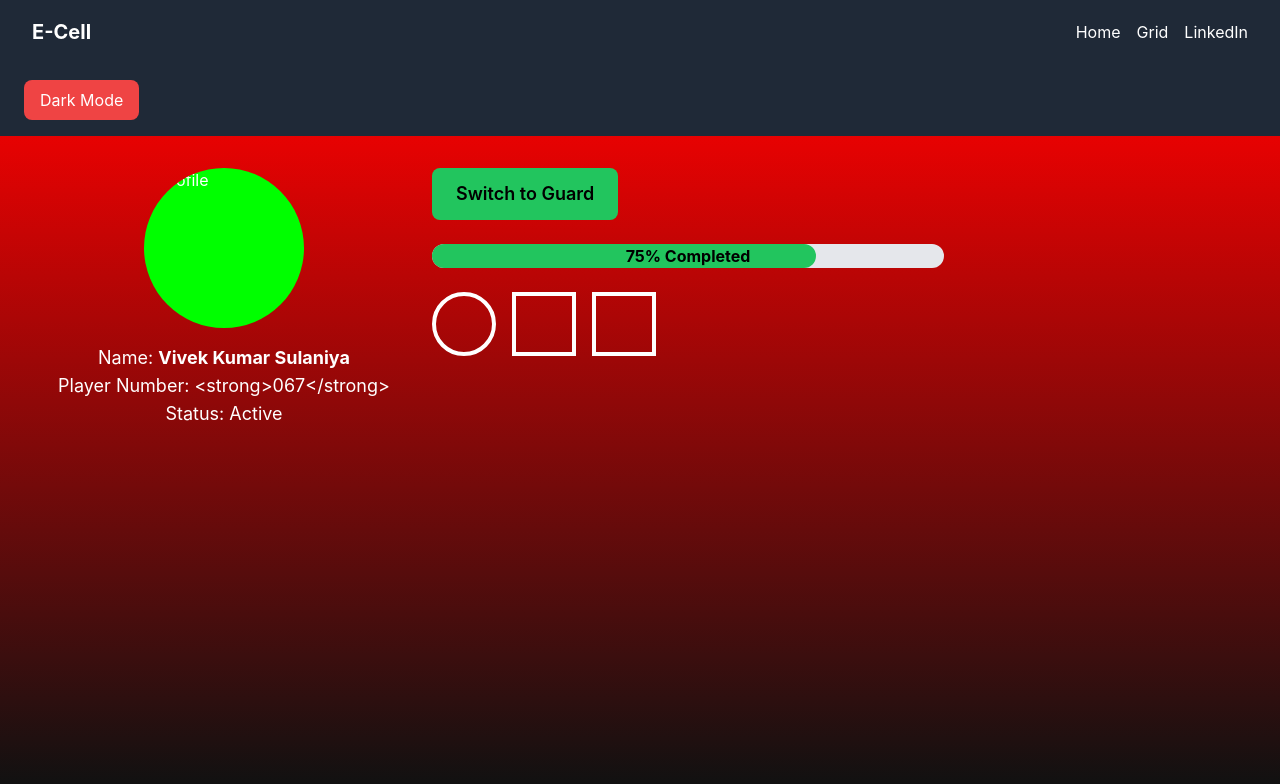
Repository: Vivek300705/Dashboard
Page: /second-page
An editor plug-in stored every save of this project. The page is shown before and after the next save, followed by the edit.
The browser window is 1280 px wide. The pictures show the whole page.
The project was rebuilt for these pictures with package versions that can differ from the ones it lists, and the page was loaded fresh each time. Also part of the build but not shown: src/components/Home.js.

Above is the page before, as saved 2025-01-22 23:07:12.
Not found: profile-player.jpeg

### src/App.js
import React from "react";
import { BrowserRouter as Router, Routes, Route } from "react-router-dom";
import Home from "./components/Home";
import Navbar from "./components/Navbar";
import SecondPage from "./components/Profile";// Import the Navbar component

function App() {
  return (
    <Router>
      <div className="App">
        <Navbar /> {/* Include Navbar Component */}
        <Routes>
          <Route path="/" element={<Home />} />
          <Route path="/second-page" element={<SecondPage />} />
          {/* Add other routes here */}
        </Routes>
      </div>
    </Router>
  );
}

export default App;

### src/components/Navbar.js
import React, { useState } from "react";
import { Link } from "react-router-dom";

const Navbar = () => {
  const [isMenuOpen, setIsMenuOpen] = useState(false);

  return (
    <nav className="bg-gray-800 text-white">
      <div className="max-w-7xl mx-auto px-4 sm:px-6 lg:px-8">
        <div className="flex justify-between items-center h-16">
          <div className="flex items-center">
            <Link
              to="/"
              className="text-xl font-bold text-white hover:text-gray-300"
            >
              E-Cell
            </Link>
          </div>
          <div className="hidden md:flex space-x-4">
            <Link className="hover:underline hover:text-gray-300" to="/second-page">
              Home
            </Link>
            <Link className="hover:underline hover:text-gray-300" to="/">
              Grid
            </Link>
            <a
              className="hover:underline hover:text-gray-300"
              href="https://www.linkedin.com/in/vivek-kumar-sulaniya-ba8204267/"
              target="_blank"
              rel="noopener noreferrer"
            >
              LinkedIn
            </a>
          </div>
          <div className="md:hidden">
            <button
              className="text-gray-300 hover:text-white focus:outline-none"
              onClick={() => setIsMenuOpen(!isMenuOpen)}
            >
              <svg
                className="h-6 w-6"
                xmlns="http://www.w3.org/2000/svg"
                fill="none"
                viewBox="0 0 24 24"
                stroke="currentColor"
              >
                {isMenuOpen ? (
                  <path
                    strokeLinecap="round"
                    strokeLinejoin="round"
                    strokeWidth={2}
                    d="M6 18L18 6M6 6l12 12"
                  />
                ) : (
                  <path
                    strokeLinecap="round"
                    strokeLinejoin="round"
                    strokeWidth={2}
                    d="M4 6h16M4 12h16M4 18h16"
                  />
                )}
              </svg>
            </button>
          </div>
        </div>
      </div>
      {/* Mobile Menu */}
      {isMenuOpen && (
        <div className="md:hidden">
          <div className="px-2 pt-2 pb-3 space-y-1 sm:px-3">
            <Link
              className="block text-white hover:underline hover:text-gray-300"
              to="/"
              onClick={() => setIsMenuOpen(false)}
            >
              Home
            </Link>
            <Link
              className="block text-white hover:underline hover:text-gray-300"
              to="/grid"
              onClick={() => setIsMenuOpen(false)}
            >
              Grid
            </Link>
            <a
              className="block text-white hover:underline hover:text-gray-300"
              href="https://www.linkedin.com/in/your-profile/"
              target="_blank"
              rel="noopener noreferrer"
              onClick={() => setIsMenuOpen(false)}
            >
              LinkedIn
            </a>
          </div>
        </div>
      )}
    </nav>
  );
};

export default Navbar;

### src/components/Profile.js
import React, { useState, useEffect } from "react";

function SquidGamePage() {
  const [isDarkMode, setIsDarkMode] = useState(false);
  const [isPlayer, setIsPlayer] = useState(true);

  const toggleTheme = () => {
    setIsDarkMode((prevMode) => !prevMode);
  };

  const toggleRole = () => {
    setIsPlayer((prevRole) => !prevRole);
  };

  useEffect(() => {
    const userPrefersDark = window.matchMedia("(prefers-color-scheme: dark)").matches;
    setIsDarkMode(userPrefersDark);
  }, []);

  return (
    <div
      className={`min-h-screen ${
        isDarkMode ? "bg-black text-white" : "bg-gradient-to-b from-[#FF0000] to-[#111111] text-white"
      }`}
    >
      {/* Navbar */}
      <nav
        className={`w-full py-4 px-6 flex items-center justify-between ${
          isDarkMode ? "bg-gray-900" : "bg-gray-800"
        }`}
      >
        <button
          onClick={toggleTheme}
          className="py-2 px-4 bg-red-500 rounded-lg hover:bg-red-600"
          aria-label="Toggle Theme"
        >
          {isDarkMode ? "Light Mode" : "Dark Mode"}
        </button>
      </nav>

      {/* Main Content */}
      <div className="container mx-auto px-4 py-8">
        {/* Two-Column Layout */}
        <div className="flex flex-col lg:flex-row items-center lg:items-start lg:justify-between">
          {/* Left Column - Profile Picture and Details */}
          <div className="flex flex-col items-center lg:w-1/3">
            <div
              className={`w-40 h-40 rounded-full mb-4 ${
                isPlayer ? "bg-[#00FF00]" : "bg-[#FF0000]"
              }`}
            >
              <img
                src={isPlayer ? "/profile-player.jpeg" : "/profile-guard.jpeg"}
                alt="Profile"
                className="w-full h-full object-cover rounded-full"
              />
            </div>
            <div className="text-center text-lg">
              <p>Name: <strong>Vivek Kumar Sulaniya</strong></p>
              <p>
                {isPlayer
                  ? `Player Number: <strong>067</strong>`
                  : `Guard Rank: <strong>Supervisor</strong>`}
              </p>
              <p>Status: {isPlayer ? "Active" : "On Duty"}</p>
            </div>
          </div>

          {/* Right Column - Interactive Elements */}
          <div className="lg:w-2/3 flex flex-col items-center lg:items-start mt-6 lg:mt-0">
            {/* Role Button */}
            <button
              onClick={toggleRole}
              className={`py-3 px-6 mb-6 text-lg font-semibold rounded-lg ${
                isPlayer
                  ? "bg-green-500 text-black hover:bg-green-600"
                  : "bg-red-500 text-white hover:bg-red-600"
              }`}
            >
              Switch to {isPlayer ? "Guard" : "Player"}
            </button>

            {/* Game Progress */}
            {isPlayer && (
              <div className="w-full max-w-lg bg-gray-200 rounded-full h-6 mb-6 relative">
                <div className="bg-green-500 h-6 rounded-full" style={{ width: "75%" }}></div>
                <span className="absolute inset-0 flex justify-center items-center text-black font-bold">
                  75% Completed
                </span>
              </div>
            )}

            {/* Decorative Shapes */}
            <div className="flex space-x-4">
              <div className="w-16 h-16 bg-transparent border-4 border-white rounded-full"></div>
              <div className="w-16 h-16 bg-transparent border-4 border-white"></div>
              <div className="w-16 h-16 bg-transparent border-4 border-white"></div>
            </div>
          </div>
        </div>
      </div>
    </div>
  );
}

export default SquidGamePage;

### tailwind.config.js
/** @type {import('tailwindcss').Config} */
module.exports = {
  content: ["./src/**/*.{html,js}"],
  theme: {
    extend: { colors: {
      squidRed: "#D62C2F",  // Custom Squid Game red
    },
    animation: {
      pulse: "pulse 1.5s ease-in-out infinite",  // Add custom animations
    }},
  },
  plugins: [],
}

Loaded but not shown: public/index.html (common file); src/index.js (common file); src/index.css (common file); src/reportWebVitals.js (common file)

After the next save:
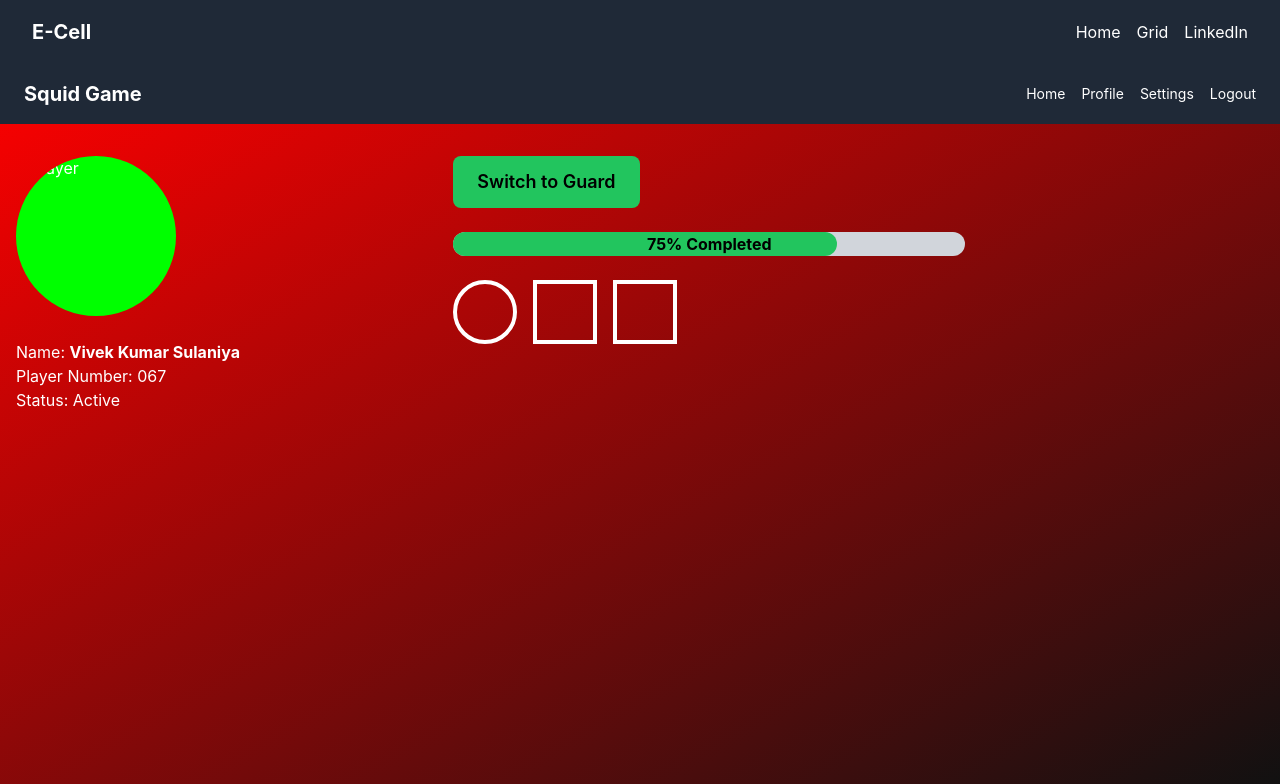
Not found: player-profile.jpeg
Saved 2 min 50 s later.
--- a/src/components/Profile.js
+++ b/src/components/Profile.js
@@ -1,73 +1,56 @@
-import React, { useState, useEffect } from "react";
+import React, { useState } from "react";
 
 function SquidGamePage() {
-  const [isDarkMode, setIsDarkMode] = useState(false);
   const [isPlayer, setIsPlayer] = useState(true);
-
-  const toggleTheme = () => {
-    setIsDarkMode((prevMode) => !prevMode);
-  };
 
   const toggleRole = () => {
     setIsPlayer((prevRole) => !prevRole);
   };
 
-  useEffect(() => {
-    const userPrefersDark = window.matchMedia("(prefers-color-scheme: dark)").matches;
-    setIsDarkMode(userPrefersDark);
-  }, []);
-
   return (
-    <div
-      className={`min-h-screen ${
-        isDarkMode ? "bg-black text-white" : "bg-gradient-to-b from-[#FF0000] to-[#111111] text-white"
-      }`}
-    >
+    <div className="min-h-screen bg-gradient-to-br from-[#FF0000] to-[#111111] text-white">
       {/* Navbar */}
-      <nav
-        className={`w-full py-4 px-6 flex items-center justify-between ${
-          isDarkMode ? "bg-gray-900" : "bg-gray-800"
-        }`}
-      >
-        <button
-          onClick={toggleTheme}
-          className="py-2 px-4 bg-red-500 rounded-lg hover:bg-red-600"
-          aria-label="Toggle Theme"
-        >
-          {isDarkMode ? "Light Mode" : "Dark Mode"}
-        </button>
+      <nav className="w-full py-4 px-6 bg-gray-800 sticky top-0 flex justify-between items-center">
+        <div className="text-xl font-bold">Squid Game</div>
+        <ul className="flex space-x-4 text-sm">
+          <li className="hover:underline cursor-pointer">Home</li>
+          <li className="hover:underline cursor-pointer">Profile</li>
+          <li className="hover:underline cursor-pointer">Settings</li>
+          <li className="hover:underline cursor-pointer">Logout</li>
+        </ul>
       </nav>
 
       {/* Main Content */}
       <div className="container mx-auto px-4 py-8">
-        {/* Two-Column Layout */}
-        <div className="flex flex-col lg:flex-row items-center lg:items-start lg:justify-between">
-          {/* Left Column - Profile Picture and Details */}
-          <div className="flex flex-col items-center lg:w-1/3">
+        <div className="flex flex-col lg:flex-row lg:space-x-8">
+          {/* Left Section - Profile */}
+          <div className="lg:w-1/3 flex flex-col items-center lg:items-start">
             <div
-              className={`w-40 h-40 rounded-full mb-4 ${
+              className={`w-40 h-40 rounded-full mb-6 ${
                 isPlayer ? "bg-[#00FF00]" : "bg-[#FF0000]"
               }`}
             >
               <img
-                src={isPlayer ? "/profile-player.jpeg" : "/profile-guard.jpeg"}
-                alt="Profile"
+                src={isPlayer ? "/player-profile.jpeg" : "/guard-profile.jpeg"}
+                alt={isPlayer ? "Player" : "Guard"}
                 className="w-full h-full object-cover rounded-full"
               />
             </div>
-            <div className="text-center text-lg">
-              <p>Name: <strong>Vivek Kumar Sulaniya</strong></p>
+            <div className="text-center lg:text-left">
+              <p>
+                Name: <strong>Vivek Kumar Sulaniya</strong>
+              </p>
               <p>
                 {isPlayer
-                  ? `Player Number: <strong>067</strong>`
-                  : `Guard Rank: <strong>Supervisor</strong>`}
+                  ? "Player Number: 067"
+                  : "Guard Rank: Supervisor"}
               </p>
               <p>Status: {isPlayer ? "Active" : "On Duty"}</p>
             </div>
           </div>
 
-          {/* Right Column - Interactive Elements */}
-          <div className="lg:w-2/3 flex flex-col items-center lg:items-start mt-6 lg:mt-0">
+          {/* Right Section - Interactive Elements */}
+          <div className="lg:w-2/3 flex flex-col items-center lg:items-start">
             {/* Role Button */}
             <button
               onClick={toggleRole}
@@ -80,18 +63,21 @@
               Switch to {isPlayer ? "Guard" : "Player"}
             </button>
 
-            {/* Game Progress */}
-            {isPlayer && (
-              <div className="w-full max-w-lg bg-gray-200 rounded-full h-6 mb-6 relative">
-                <div className="bg-green-500 h-6 rounded-full" style={{ width: "75%" }}></div>
-                <span className="absolute inset-0 flex justify-center items-center text-black font-bold">
-                  75% Completed
-                </span>
-              </div>
-            )}
+            {/* Game Progress Bar */}
+            <div className="w-full max-w-lg bg-gray-300 rounded-full h-6 mb-6 relative">
+              <div
+                className={`h-6 rounded-full ${
+                  isPlayer ? "bg-green-500" : "bg-red-500"
+                }`}
+                style={{ width: isPlayer ? "75%" : "50%" }}
+              ></div>
+              <span className="absolute inset-0 flex justify-center items-center text-black font-bold">
+                {isPlayer ? "75% Completed" : "50% Duty Completed"}
+              </span>
+            </div>
 
-            {/* Decorative Shapes */}
-            <div className="flex space-x-4">
+            {/* Shapes Section */}
+            <div className="flex space-x-4 justify-center lg:justify-start">
               <div className="w-16 h-16 bg-transparent border-4 border-white rounded-full"></div>
               <div className="w-16 h-16 bg-transparent border-4 border-white"></div>
               <div className="w-16 h-16 bg-transparent border-4 border-white"></div>
